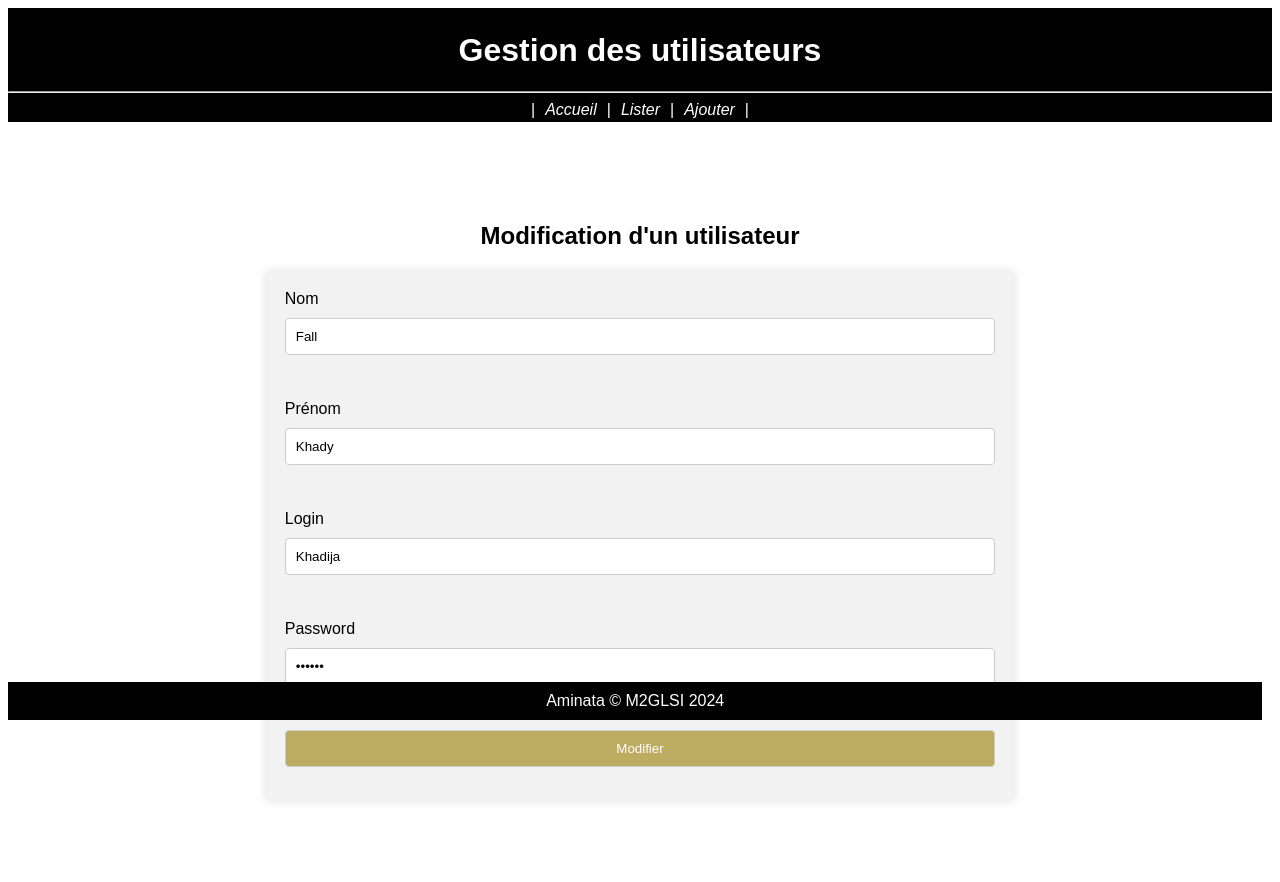
Repository: MariamaKessoBah/workspace
Page: http://localhost/gesusers3/update?id=1
These files come from the project's save history. The page is drawn as it stood at one moment and after the next save; the edit follows.
The browser window is 1280 px wide. The pictures show the whole page.
The page is served by Tomcat 10. Other server files are loaded and not shown.

Above is the page before, as saved 2024-04-25 10:39:41.

### gesusers3/src/main/webapp/WEB-INF/modifierUtilisateur.jsp
<%@ page import="beans.Utilisateur" %>
<%@ page import="java.util.ArrayList" %>

<%
    Utilisateur utilisateur = (Utilisateur) request.getAttribute("utilisateur");
%>

<%@include file="inc/header.jsp" %>

<section>
    <h1>Modification d'un utilisateur</h1>
    <form method="post" class="form-container">
        <div class="form-group">
            <label>Nom</label>
            <input type="text" name="nom" value="<%= utilisateur.getNom()%>">
        </div>
        <div class="form-group">
            <label>Prénom</label>
            <input type="text" name="prenom" value="<%= utilisateur.getPrenom()%>">
        </div>
        <div class="form-group">
            <label>Login</label>
            <input type="text" name="login" value="<%= utilisateur.getLogin()%>">
        </div>
        <div class="form-group">
            <label>Password</label>
            <input type="password" name="password" value="<%= utilisateur.getPassword()%>">
        </div>
        <input type="submit" value="Modifier">
    </form>
</section>

<%@include file="inc/footer.jsp" %>

### gesusers3/src/main/webapp/WEB-INF/inc/header.jsp
<%@ page language="java" pageEncoding="ISO-8859-1"%>

<%
	final String APP_ROOT = request.getContextPath();

%>
<!DOCTYPE html>
<html>
<head>
    <meta charset="utf-8">
    <title>Gestion des utilisateurs</title>
    <link rel="stylesheet" type="text/css" href="<%= APP_ROOT %>/css/design.css">
</head>

<body>

<header>
        <h1 id="titreP">Gestion des utilisateurs</h1>
        <hr>

    <div class="navbar">
        <span class="separator">|</span>
        <a href="<%= APP_ROOT %>/list">Accueil</a>
        <span class="separator">|</span>
        <a href="<%= APP_ROOT %>/list">Lister</a>
        <span class="separator">|</span>
        <a href="<%= APP_ROOT %>/add">Ajouter</a>
        <span class="separator">|</span>
    </div>
</header>

### gesusers3/src/main/webapp/WEB-INF/inc/footer.jsp

<footer>Aminata &copy; M2GLSI 2024</footer>
</body>
</html>

### gesusers3/src/main/java/servlet/UpdateUser.java
package servlet;

import jakarta.servlet.ServletException;
import jakarta.servlet.annotation.WebServlet;
import jakarta.servlet.http.HttpServlet;
import jakarta.servlet.http.HttpServletRequest;
import jakarta.servlet.http.HttpServletResponse;
import java.io.IOException;

import beans.Utilisateur;
import dao.UtilisateurDao;

/**
 * Servlet implementation class AddUser
 */
@WebServlet("/update")

public class UpdateUser extends HttpServlet {
	private static final long serialVersionUID = 1L;

	private static final String UPDATE_USER_VIEW = "/WEB-INF/modifierUtilisateur.jsp";


	/**
	 * @see HttpServlet#doGet(HttpServletRequest request, HttpServletResponse response)
	 */
	protected void doGet(HttpServletRequest request, HttpServletResponse response) throws ServletException, IOException {
		String id = request.getParameter("id");

		if(id.matches("[0-9]+"))
		{
			Utilisateur utilisateur = UtilisateurDao.get(Integer.parseInt(id));

			if (utilisateur != null) {

		    	request.setAttribute("utilisateur", utilisateur);
				getServletContext().getRequestDispatcher(UPDATE_USER_VIEW).forward(request, response);
			    return;
			}
		}
			response.sendRedirect("list");


	}

	/**
	 * @see HttpServlet#doPost(HttpServletRequest request, HttpServletResponse response)
	 */
	protected void doPost(HttpServletRequest request, HttpServletResponse response) throws ServletException, IOException {
		String id = request.getParameter("id");
		String nom = request.getParameter("nom");
		String prenom = request.getParameter("prenom");
		String login = request.getParameter("login");
		String password = request.getParameter("password");

		Utilisateur utilisateur = new Utilisateur (Integer.parseInt(id),nom, prenom, login, password);

		if (UtilisateurDao.modifier(utilisateur)) {

			response.sendRedirect("list");
		} else {
			response.sendRedirect("update?id= " + id);
		}
	}

}

### gesusers3/src/main/java/dao/UtilisateurDao.java
package dao;

import java.util.ArrayList;
import beans.Utilisateur;

public class UtilisateurDao {
    private static int lastId = 1;
    private static final ArrayList<Utilisateur> listeUtilisateur = new ArrayList<Utilisateur>();

    static {
        listeUtilisateur.add(new Utilisateur(1, "Fall", "Khady", "Khadija", "passer"));
        listeUtilisateur.add(new Utilisateur(2, "Mbaye", "Moustapha", "Tapha", "repasser"));
        listeUtilisateur.add(new Utilisateur(3, "Ndiaye", "Anta", "Anita", "passera"));
        lastId = listeUtilisateur.size() + 1;
    }

    public static final ArrayList<Utilisateur> lister() {
        return listeUtilisateur;
    }

    public static final boolean ajouter(Utilisateur utilisateur) {
        utilisateur.setId(lastId++);
        listeUtilisateur.add(utilisateur);
        return true;
    }

    public static Utilisateur get(int id) {
        for (Utilisateur utilisateur : listeUtilisateur) {
            if (utilisateur.getId() == id) {
                return utilisateur;
            }
        }
        return null;
    }

    public static boolean modifier(Utilisateur user) {
        for (Utilisateur utilisateur : listeUtilisateur) {
            if (utilisateur.getId() == user.getId()) {
            	utilisateur.setNom(user.getNom());
            	utilisateur.setPrenom(user.getPrenom());
            	utilisateur.setLogin(user.getLogin());
            	utilisateur.setPassword(user.getPassword());

                return true;
            }
        }
        return false;
    }

	public static boolean supprimer(int id) {

		 for (Utilisateur utilisateur : listeUtilisateur) {
	            if (utilisateur.getId() == id)
	            {
	               listeUtilisateur.remove(utilisateur);

	                return true;
	            }
	        }
	        return false;

	}
}

### gesusers3/src/main/java/beans/Utilisateur.java
package beans;

public class Utilisateur
{
	private int id;
	private String nom , prenom , login , password;

	public Utilisateur()
	{}


	public Utilisateur (String nom , String prenom , String login , String password)
	{
		this.nom =nom ;
		this.prenom =prenom ;
		this.login =login ;
		this.password =password;
	}

	public Utilisateur (int id , String nom , String prenom , String login , String password)
	{
		this.id =id ;
		this.nom =nom ;
		this.prenom =prenom ;
		this.login =login ;
		this.password =password;
	}


	public int getId() {
		return id;
	}


	public void setId(int id) {
		this.id = id;
	}


	public String getNom() {
		return nom;
	}


	public void setNom(String nom) {
		this.nom = nom;
	}


	public String getPrenom() {
		return prenom;
	}


	public void setPrenom(String prenom) {
		this.prenom = prenom;
	}


	public String getLogin() {
		return login;
	}


	public void setLogin(String login) {
		this.login = login;
	}


	public String getPassword() {
		return password;
	}


	public void setPassword(String password) {
		this.password = password;
	}

}

### gesusers3/src/main/webapp/css/design.css
header {
    background-color: rgb(1, 1, 2);
    color: #fff;
    padding: 3px 0;
    text-align: center;
    font-family: "Arial", sans-serif;
}



.navbar {
    display: flex;
    align-items: center;
    justify-content: center;
    width: 100%;
}



.navbar a {
    text-decoration: none;
    color: #fff;
    padding: 0 10px;
    text-align: center;
    display: block;
    cursor: pointer;
    font-style: italic

}



.separator {
    color: #fff;
    text-align: center;

}


nav ul {
    list-style-type: none;
    padding: 0;
    text-align: center;

}

nav ul li {
    display: inline;
    margin-right: 20px;
    vertical-align: middle;
}

nav ul li a {
    color: #fff;
    text-decoration: none;
}

nav ul li a:hover {
    text-decoration: underline;
}

body {
    font-family: 'Arial', sans-serif;
}

.form-group {
    margin-bottom: 30px;
}


section {
    padding: 40px;
    margin: 40px 0;
}

section h1 {
    font-size: 24px;
    text-align: center;
}

section table {
    width: 60%;
    border-collapse: collapse;
    margin: 0 auto;
}

section table th,
section table td {
    border: 1px solid #ddd;
    padding: 8px;
}

section table th {
    background-color: #bbac61;
    text-align: left;
}

.alert-danger{
	color: #902b2d;
	background-color: #f8d7da;
	border-color: #f5c6cb;
	padding: 20px;
	text-align: center;

}

.alert-success{
	color: #155724;
	background-color: #d4edda;
	border-color: #c3e6cb;
	padding: 20px;
	text-align: center;



}

.errorText{
	color: #902b2d;

}

.succesText{
	color: #155724;

}

.form-container {
    width: 60%;
    margin: 0 auto;
    background-color: #f2f2f2;
    padding: 20px;
    border-radius: 5px;
    box-shadow: 0 0 10px rgba(0, 0, 0, 0.1);
}

.form-container label {
    display: block;
    margin-bottom: 10px;
}

.form-container input[type="text"],
.form-container input[type="password"],
.form-container input[type="submit"] {
    width: 100%;
    padding: 10px;
    margin-bottom: 15px;
    border: 1px solid #ccc;
    border-radius: 4px;
    box-sizing: border-box;
}

.form-container input[type="submit"] {
    background-color: #bbac61;
    color: white;
    cursor: pointer;
}

.form-container input[type="submit"]:hover {
    background-color: #bbac61;
}

footer {
    background-color: rgb(1, 1, 2);;
    color: #fff;
    padding: 10px 0;
    text-align: center;
    position: fixed;
    bottom: 0;
    width: 98%;
}

After the next save:
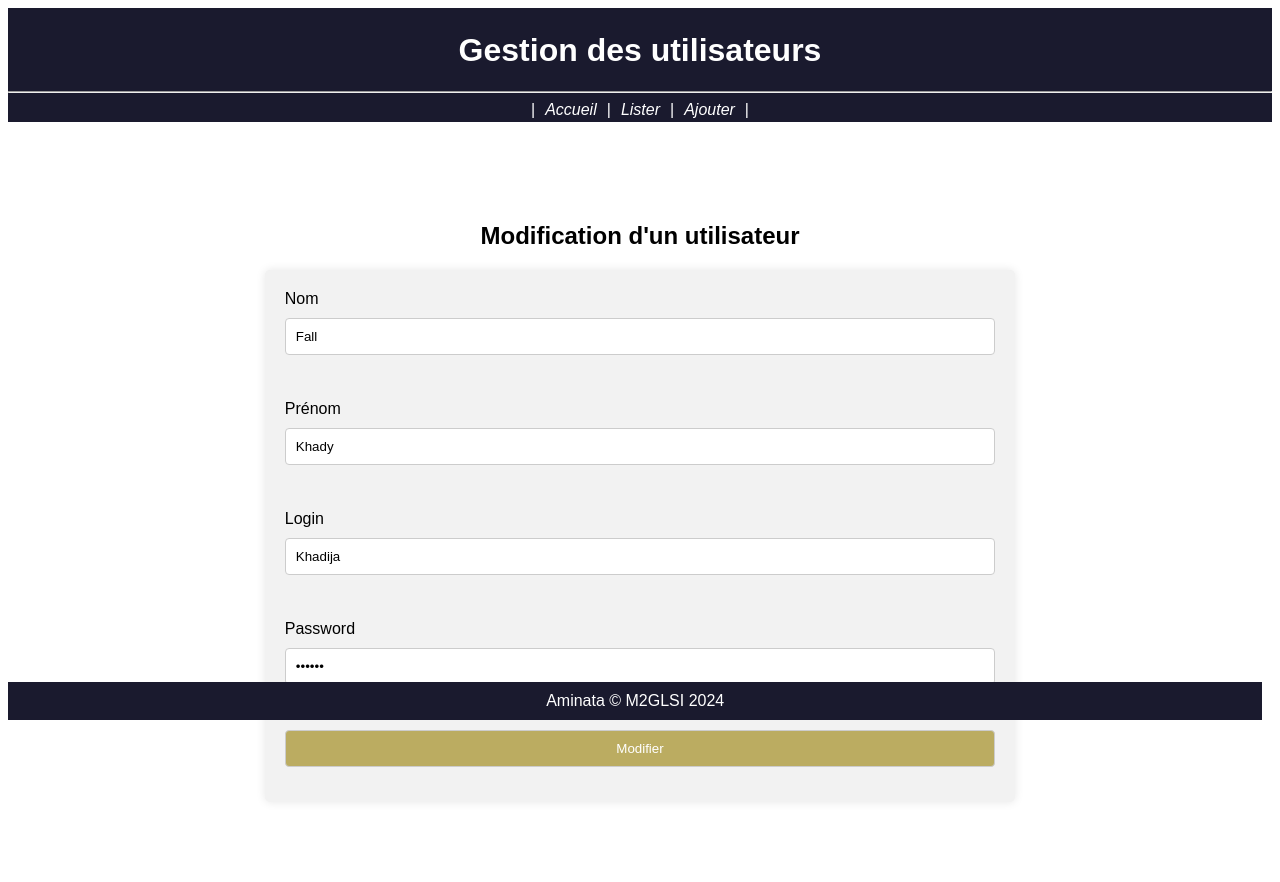
Saved 118 s later.
--- a/gesusers3/src/main/webapp/css/design.css
+++ b/gesusers3/src/main/webapp/css/design.css
@@ -1,12 +1,10 @@
 header {
-    background-color: rgb(1, 1, 2);
+    background-color: #1a1a2e; /* Bleu foncé */
     color: #fff;
     padding: 3px 0;
     text-align: center;
     font-family: "Arial", sans-serif;
 }
-
-
 
 .navbar {
     display: flex;
@@ -15,8 +13,6 @@ header {
     width: 100%;
 }
 
-
-
 .navbar a {
     text-decoration: none;
     color: #fff;
@@ -24,24 +20,18 @@ header {
     text-align: center;
     display: block;
     cursor: pointer;
-    font-style: italic
-
+    font-style: italic;
 }
-
-
 
 .separator {
     color: #fff;
     text-align: center;
-
 }
-
 
 nav ul {
     list-style-type: none;
     padding: 0;
     text-align: center;
-
 }
 
 nav ul li {
@@ -66,7 +56,6 @@ body {
 .form-group {
     margin-bottom: 30px;
 }
-
 
 section {
     padding: 40px;
@@ -95,34 +84,28 @@ section table th {
     text-align: left;
 }
 
-.alert-danger{
-	color: #902b2d;
-	background-color: #f8d7da;
-	border-color: #f5c6cb;
-	padding: 20px;
-	text-align: center;
-
+.alert-danger {
+    color: #902b2d;
+    background-color: #f8d7da;
+    border-color: #f5c6cb;
+    padding: 20px;
+    text-align: center;
 }
 
-.alert-success{
-	color: #155724;
-	background-color: #d4edda;
-	border-color: #c3e6cb;
-	padding: 20px;
-	text-align: center;
-
-
-
+.alert-success {
+    color: #155724;
+    background-color: #d4edda;
+    border-color: #c3e6cb;
+    padding: 20px;
+    text-align: center;
 }
 
-.errorText{
-	color: #902b2d;
-
+.errorText {
+    color: #902b2d;
 }
 
-.succesText{
-	color: #155724;
-
+.successText {
+    color: #155724;
 }
 
 .form-container {
@@ -161,7 +144,7 @@ section table th {
 }
 
 footer {
-    background-color: rgb(1, 1, 2);;
+    background-color: #1a1a2e; /* Bleu foncé */
     color: #fff;
     padding: 10px 0;
     text-align: center;
